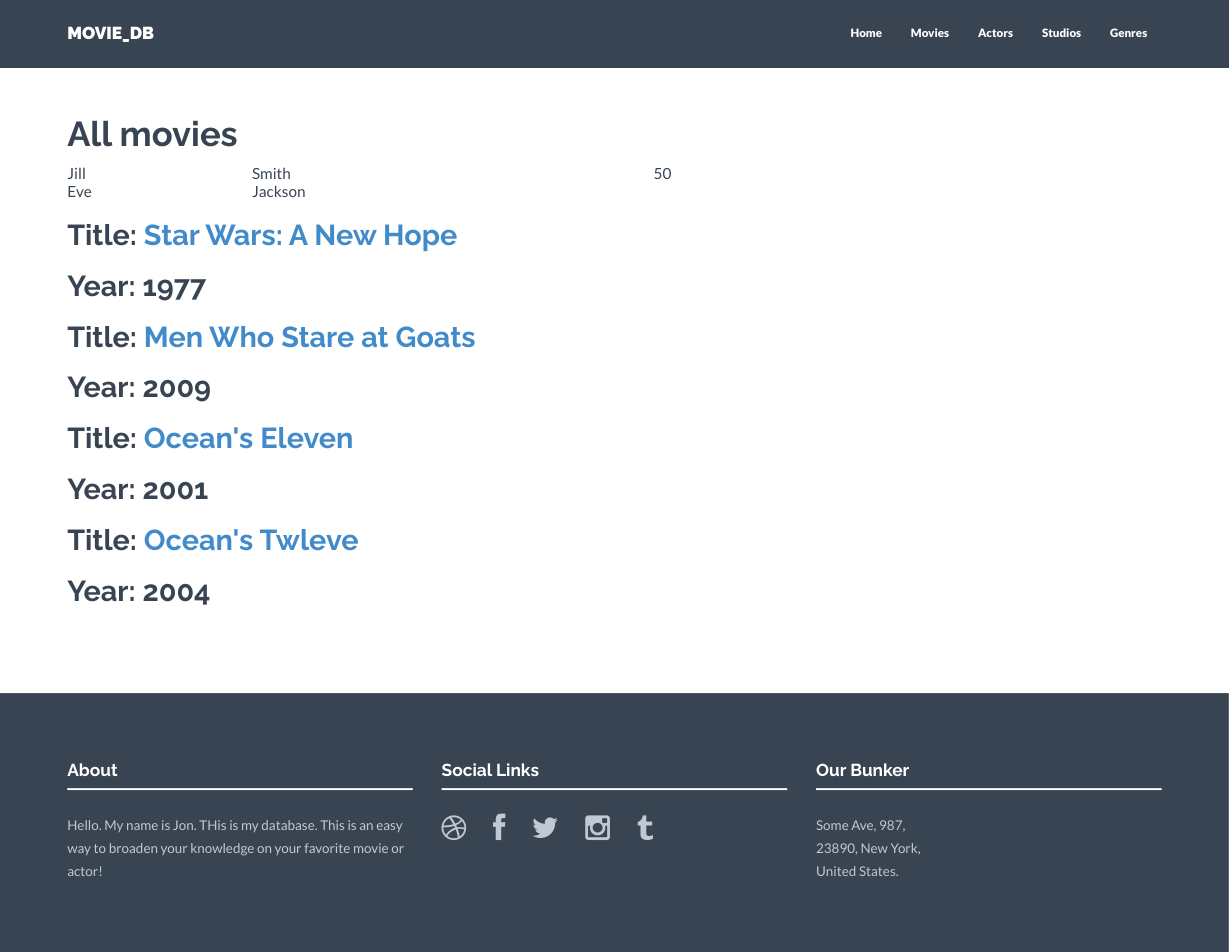
Repository: jonak91/Buzzerd-index
Page: http://localhost/movies.php
The author's editor kept a record of every edit. The page is drawn from the files as they stood at one moment, then again after the next edit.
The browser window is 1280 px wide. The pictures show the whole page, at 96% of full size.
Some web libraries are served in a nearby version. The page is run by PHP 8.4 with error messages shown; the project is at /var/www/html/. The database holds what the project's SQL file puts in it.

Above is the page before.
Not found: assets/js/modernizr.js

### movies.php
<?php require_once( 'incl/functions.php' ); ?>
<?php require_once( 'incl/header.php' ); ?>

 <div class="container mtb">
	 	<div class="row">

	 		<! -- MAIN CONTENAT AREA -->
	 		<div class="col-lg-8">
	 			<h1>All movies</h1>
	 			<table style="width:100%">
  					<tr>
   					 <td>Jill</td>
   					 <td>Smith</td>
   					 <td>50</td>
  					</tr>
  					<tr>
   				 <td>Eve</td>
   				 <td>Jackson</td>
  					</tr>
					</table>
	 			<?php
		 		$movies = get_movies();
		 		foreach ($movies as $movie) {
		 		?>
		 		<h2>Title: <a href="movie.php?mID=<?php echo $movie['mID']; ?>"><?php echo $movie['title']; ?></a></h2>
		 		<h2>Year: <?php echo $movie['year_released']; ?></h2>
		 		<?php } ?>

</div><! --/ MAIN CONTENT AREA -->

	 </div><! --/row -->
	 </div><! --/container -->

<?php require_once( 'incl/footer.php' ); ?>

### incl/functions.php
<?php
require_once('database.php');

$host= '127.0.0.1';
$u= 'jonak91';
$p = '';
$d= 'movies';

global $db;
$db= new Database($d, $u, $p, $host);

function get_movies(){
	$db = $GLOBALS['db'];
	$results = $db->query("SELECT * FROM movies"); //updated
	return $db->resToArray($results);
}

function get_actors(){
	$db= $GLOBALS['db'];
	$results = $db->query("SELECT * FROM actors ORDER BY 'first_name'"); //updated
	return $db->resToArray($results);
}

function get_studios(){
	$db= $GLOBALS['db'];
	$results = $db->query("SELECT * FROM studio"); //updated
	return $db->resToArray($results);
}

function get_genres(){
	$db= $GLOBALS['db'];
	$results = $db->query("SELECT * FROM genre"); //updated
	return $db->resToArray($results);
}

function get_movie($mID){
	$db= $GLOBALS['db'];
	$query= "SELECT * FROM movies WHERE mID = '$mID'"; //updated
	return $db->get_row($query);
}

function get_actor($aID){
	$db= $GLOBALS['db'];
	$query= "SELECT * FROM actors WHERE aID = '$aID'"; //updated
	return $db->get_row($query);
}

function get_studio($sID){
	$db= $GLOBALS['db'];
	$query= "SELECT * FROM studio WHERE sID = '$sID'"; //updated
	return $db->get_row($query);
}

function get_genre($gID){
	$db= $GLOBALS['db'];
	$query= "SELECT * FROM genre WHERE gID = '$gID'"; //updated
	return $db->get_row($query);
}

function get_moviesfromstudio($id){  //works
	$db= $GLOBALS['db'];
	$results= $db->query("SELECT * FROM movies JOIN studio ON movies.studioID = studio.sID WHERE studio.sID = '$id'");
	return $db->resToArray($results);
}

function get_genresfrommovies($id){
	$db= $GLOBALS['db'];
	$results= $db->query("SELECT * FROM genre JOIN movie_genres ON genre.gID = movie_genres.genreID JOIN movies ON movie_genres.movieID = movies.mID WHERE movies.mID = '$id'");
	return $db->resToArray($results);
}

function get_moviesfromactor($id){ //works
	$db= $GLOBALS['db'];
	$results= $db->query("SELECT * FROM movies JOIN movie_actors ON movies.mID = movie_actors.movieID JOIN actors ON movie_actors.actorID = actors.aID WHERE actors.aID = '$id'");
	return $db->resToArray($results);
}

function get_moviesfromgenre($id){ //works
	$db= $GLOBALS['db'];
	$results= $db->query("SELECT * FROM movies JOIN movie_genres ON movies.mID = movie_genres.movieID JOIN genre ON movie_genres.genreID = genre.gID WHERE genre.gID = '$id'");
	return $db->resToArray($results);
}

function get_actorsfrommovies($id){  //works
	$db= $GLOBALS['db'];
	$results= $db->query("SELECT * FROM actors JOIN movie_actors ON actors.aID = movie_actors.actorID JOIN movies ON movie_actors.movieID = movies.mID WHERE movies.mID = '$id'");
	return $db->resToArray($results);
}

function add_movie($info){		//works
	$db= $GLOBALS['db'];
	extract($info);
	$submitted= $db->query("INSERT INTO movies VALUES('', '$title', '$year_released', '$synopsis', '$was_novel', '$studioID', CURRENT_TIMESTAMP)");

	if($submitted){
		print "<h3>$title submitted!</h3>";
	}
}

function add_actor($info){		//works
	$db= $GLOBALS['db'];
	extract($info);
	$submitted= $db->query("INSERT INTO actors VALUES('', '$first_name', '$last_name', '$bio', '$dob', '$won_oscar', CURRENT_TIMESTAMP)");

	if($submitted){
		print "<h3>$first_name $last_name submitted!</h3>";
	}
}

function add_genre($info){		//works
	$db= $GLOBALS['db'];
	extract($info);
	$submitted= $db->query("INSERT INTO genre VALUES('', '$name', CURRENT_TIMESTAMP)");

	if($submitted){
		print "<h3>$name submitted!</h3>";
	}
}

function add_studio($info){		//works
	$db= $GLOBALS['db'];
	extract($info);
	$submitted= $db->query("INSERT INTO studio VALUES('', '$name', '$city', '$state', '$zip', CURRENT_TIMESTAMP)");

	if($submitted){
		print "<h3>$name submitted!</h3>";
	}
}

function assign_atm($info){		//works
	$db= $GLOBALS['db'];
	extract($info);
	$submitted= $db->query("INSERT INTO movie_actors VALUES('', '$movie', '$actor', CURRENT_TIMESTAMP)");

	if($submitted){
		print "<h3>assigned</h3>";
	}
}

function assign_gtm($info){		//works
	$db= $GLOBALS['db'];
	extract($info);
	$submitted= $db->query("INSERT INTO movie_genres VALUES('', '$movie', '$genre', CURRENT_TIMESTAMP)");

	if($submitted){
		print "<h3>assigned</h3>";
	}
}


?>
>

### incl/database.php
<?php
class Database{
        var $dbName;
        var $user;
        var $password;
        var $host;
        var $lastID;
        var $dbConn;

        //constructor
        function __construct($db, $u, $p, $h){
                $this->dbName= $db;
                $this->user= $u;
                $this->password= $p;
                $this->host= $h;

                //metadata to get entire table list?
        }

        //any query
        function query($query){
                        $this->dbConn= new mysqli($this->host, $this->user, $this->password, $this->dbName);
                        if($this->dbConn->connect_errno > 0){
                                die('Unable to connect to database [' . $dbh->connect_error . ']');
                        }

                        $result= $this->dbConn->query($query) or die('There was an error running the query [' . $this->dbConn->error . ']');
                        $this->lastID= $this->dbConn->insert_id;
                        $this->dbConn->close();

                        return $result;
        }

        function resToArray($res){
                $data= array();
                while($info= mysqli_fetch_assoc($res)){
                        $data[]= $info;
                }

                return $data;
        }

        function get_column($query){

                $res= $this->query($query);

                $data= array();

                while($info= mysqli_fetch_assoc($res)){
                        $key= array_keys($info);
                        $key= $key[0];
                        $data[]= $info[$key];
                }

                return $data;
        }

        function get_row($query){
                $res= $this->query($query);
                $res= $this->resToArray($res);

            return ($res == false) ? $res : $res[0];
        }

        function get_var($query){
                $res= $this->query($query);

                $info= mysqli_fetch_array($res);

                return $info[0];
        }


        function get_mysql_timestamp(){
                return date('Y-m-d H:i:s', time());
        }

        function print_array( $a ) {
        ?>
          <pre>
          <?php var_dump( $a ); ?>
          </pre>
        <?php
        }


        function clean_array($info){
                foreach($info as $key => $val){
                        $info["$key"]= $this->clean($val);
                }

                return $info;
        }


        function clean($a){
                $this->dbConn= new mysqli($this->host, $this->user, $this->password, $this->dbName);
                $a= $this->dbConn->real_escape_string($a);
                $this->dbConn->close();

                return $a;
        }

}


?>

### incl/header.php
<!DOCTYPE html>
<html lang="en">
  <head>
    <meta charset="utf-8">
    <meta http-equiv="X-UA-Compatible" content="IE=edge">
    <meta name="viewport" content="width=device-width, initial-scale=1">
    <meta name="description" content="">
    <meta name="author" content="">
    <link rel="shortcut icon" href="assets/ico/favicon.ico">

    <title>SOLID - Bootstrap 3 Theme</title>

    <!-- Bootstrap core CSS -->
    <link href="assets/css/bootstrap.css" rel="stylesheet">

    <!-- Custom styles for this template -->
    <link href="assets/css/style.css" rel="stylesheet">
    <link href="assets/css/font-awesome.min.css" rel="stylesheet">


    <!-- Just for debugging purposes. Don't actually copy this line! -->
    <!--[if lt IE 9]><script src="../../assets/js/ie8-responsive-file-warning.js"></script><![endif]-->

    <!-- HTML5 shim and Respond.js IE8 support of HTML5 elements and media queries -->
    <!--[if lt IE 9]>
      <script src="https://oss.maxcdn.com/libs/html5shiv/3.7.0/html5shiv.js"></script>
      <script src="https://oss.maxcdn.com/libs/respond.js/1.4.2/respond.min.js"></script>
    <![endif]-->

    <script src="assets/js/modernizr.js"></script>
  </head>

  <body>

    <!-- Fixed navbar -->
    <div class="navbar navbar-default navbar-fixed-top" role="navigation">
      <div class="container">
        <div class="navbar-header">
          <button type="button" class="navbar-toggle" data-toggle="collapse" data-target=".navbar-collapse">
            <span class="sr-only">Toggle navigation</span>
            <span class="icon-bar"></span>
            <span class="icon-bar"></span>
            <span class="icon-bar"></span>
          </button>
          <a class="navbar-brand" href="index.php">MOVIE_DB</a>
        </div>
        <div class="navbar-collapse collapse navbar-right">
          <ul class="nav navbar-nav">
            <li><a href="index.php">Home</a></li>
            <li><a href="movies.php">Movies</a></li>
            <li><a href="actors.php">Actors</a></li>
            <li><a href="studios.php">Studios</a></li>
            <li><a href="genres.php">Genres</a></li>
          </ul>
        </div><!--/.nav-collapse -->
      </div>
    </div>

### incl/footer.php


	<!-- *****************************************************************************************************************
	 FOOTER
	 ***************************************************************************************************************** -->
	 <div id="footerwrap">
	 	<div class="container">
		 	<div class="row">
		 		<div class="col-lg-4">
		 			<h4>About</h4>
		 			<div class="hline-w"></div>
		 			<p>Hello. My name is Jon. THis is my database. This is an easy way to broaden your knowledge on your favorite movie or actor!</p>
		 		</div>
		 		<div class="col-lg-4">
		 			<h4>Social Links</h4>
		 			<div class="hline-w"></div>
		 			<p>
		 				<a href="#"><i class="fa fa-dribbble"></i></a>
		 				<a href="#"><i class="fa fa-facebook"></i></a>
		 				<a href="#"><i class="fa fa-twitter"></i></a>
		 				<a href="#"><i class="fa fa-instagram"></i></a>
		 				<a href="#"><i class="fa fa-tumblr"></i></a>
		 			</p>
		 		</div>
		 		<div class="col-lg-4">
		 			<h4>Our Bunker</h4>
		 			<div class="hline-w"></div>
		 			<p>
		 				Some Ave, 987,<br/>
		 				23890, New York,<br/>
		 				United States.<br/>
		 			</p>
		 		</div>

		 	</div><! --/row -->
	 	</div><! --/container -->
	 </div><! --/footerwrap -->

    <!-- Bootstrap core JavaScript
    ================================================== -->
    <!-- Placed at the end of the document so the pages load faster -->
    <script src="https://ajax.googleapis.com/ajax/libs/jquery/1.11.0/jquery.min.js"></script>
    <script src="assets/js/bootstrap.min.js"></script>
	<script src="assets/js/retina-1.1.0.js"></script>
	<script src="assets/js/jquery.hoverdir.js"></script>
	<script src="assets/js/jquery.hoverex.min.js"></script>
	<script src="assets/js/jquery.prettyPhoto.js"></script>
  	<script src="assets/js/jquery.isotope.min.js"></script>
  	<script src="assets/js/custom.js"></script>


  </body>
</html>

### assets/css/style.css
/*	################################################################

	Author: Carlos Alvarez
	URL: http://alvarez.is

	Project Name: SOLID - Bootstrap 3 Theme
	Version: 1.0
	URL: http://alvarez.is

################################################################# */
@import url(http://fonts.googleapis.com/css?family=Raleway:400,700,900);
@import url(http://fonts.googleapis.com/css?family=Lato:400,900);
@import url("prettyPhoto.css") screen;
@import url("hoverex-all.css") screen;

/*	################################################################
	1. GENERAL STRUCTURES
################################################################# */
	* {
		margin: 0;
		padding: 0px;
	}

body {
	background: #ffffff;
	margin: 0;
	height: 100%;
	color: #384452;
	font-family: 'Lato', sans-serif;
	font-weight: 400;
	}

h1, h2, h3, h4, h5, h6 {
	font-family: 'Raleway', sans-serif;
	font-weight: 700;
}

p {
	padding: 0;
	margin-bottom: 12px;
	font-family: 'Lato', sans-serif;
	font-weight: 400;
	font-size: 14px;
	line-height: 24px;
	color: #384452;
	margin-top: 10px;
}

img {
	height: auto;
	max-width: 100%;
}

a {
	padding: 0;
	margin: 0;
	text-decoration: none;
	-webkit-transition: background-color .4s linear, color .4s linear;
	-moz-transition: background-color .4s linear, color .4s linear;
	-o-transition: background-color .4s linear, color .4s linear;
	-ms-transition: background-color .4s linear, color .4s linear;
	transition: background-color .4s linear, color .4s linear;
}
a:hover,
a:focus {
  text-decoration: none;
  color:#01b2fe;
}

::-moz-selection  {
	color: #fff;
	text-shadow:none;
	background:#2B2E31;
}
::selection {
	color: #fff;
	text-shadow:none;
	background:#2B2E31;
}

.centered {
	text-align: center
}

/*	################################################################
	BOOTSTRAP MODIFICATIONS & TWEAKS
################################################################# */
.navbar {
	min-height: 70px;
	padding-top: 10px;
	margin-bottom: 0px;
}

.navbar-brand {
	font-family: 'Raleway', sans-serif;
	font-weight: 900;
}

.navbar-header .navbar-brand {
	color: white;
}

.navbar-default .navbar-nav > li > a {
	color: white;
	font-weight: 700;
	font-size: 12px;
}

.navbar-default .navbar-nav > li > a:hover {
	color: #00b3fe;
}

.navbar-default .navbar-nav > .active > a, .navbar-default .navbar-nav > .active > a:hover, .navbar-default .navbar-nav > .active > a:focus {
	color: #00b3fe;
	background-color: transparent;
}

.navbar-default {
	background-color: #384452;
	border-color: transparent;
}

.dropdown-menu {
	background: #384452;
}

.dropdown-menu > li > a {
	color: white;
	font-weight: 700;
	font-size: 12px;
}

.btn-theme {
  color: #fff;
  background-color: #384452;
  border-color: #384452;
  margin: 4px;
}
.btn-theme:hover,
.btn-theme:focus,
.btn-theme:active,
.btn-theme.active,
.open .dropdown-toggle.btn-theme {
  color: #fff;
  background-color: #00b3fe;
  border-color: #00b3fe;
}

.dmbutton:hover,
.dmbutton:active,
.dmbutton:focus{
	color: #ffffff;
	background-color: #222222;
	border-color: #ffffff;
}
.dmbutton {
	background:rgba(0, 0, 0, 0);
	border: 1px solid #ffffff;
	color: #ffffff;
	-webkit-border-radius: 2px;
	border-radius: 2px;
	padding-top: 1.025rem;
	padding-right: 2.25rem;
	letter-spacing:0.85px;
	padding-bottom: 1.0875rem;
	padding-left: 2.25rem;
	font-size: 1.55rem;
	cursor: pointer;
	font-weight: normal;
	line-height: normal;
	margin: 0 0 1.25rem;
	text-decoration: none;
	text-align: center;
	display: inline-block;
	-webkit-transition: background-color 300ms ease-out;
	-moz-transition: background-color 300ms ease-out;
	transition: background-color 300ms ease-out;
	-webkit-appearance: none;
	font-weight: normal !important;
}

.mtb {
	margin-top: 80px;
	margin-bottom: 80px;
}

.mb {
	margin-bottom: 60px;
}

.mt {
	margin-top: 60px;
}

.hline {
	border-bottom: 2px solid #384452;
}

.hline-w {
	border-bottom: 2px solid #ffffff;
	margin-bottom: 25px;
}
/*	################################################################
	SITE WRAPS
################################################################# */

#headerwrap {
	background-color: #00b3fe;
	min-height: 550px;
	padding-top: 100px;
	padding-bottom: 0px;
	text-align: center;
}

#headerwrap h3, h5 {
	color: white;
	font-weight: 400;
}

#headerwrap h1 {
	color: white;
	margin-bottom: 25px;
}

#headerwrap .img-responsive {
	margin: 0 auto;
}

/* Services Wrap */
#service {
	margin-top: 100px;
	margin-bottom: 80px;
}

#service i {
	color: #00b3fe;
	font-size: 60px;
	padding: 15px;
}

/* Portfolio Wrap */
#portfoliowrap {
	padding-top: 60px;
	margin-bottom: 60px;
	display: block;
	text-align: center
}

#portfoliowrap h3 {
	margin-bottom: 25px;
}

.portfolio {
	padding:0 !important;
	margin:0 !important;
	display:block;
}


.portfolio-item .title:before {border-radius:0; display:none}
.portfolio-item p {margin:0px 0 30px;}
.portfolio-item h3 {margin:-10px 0 10px; font-size:16px; text-transform:uppercase;}


.tpl6 h3
{
	color:#fff;
	margin:0;
	padding:40px 5px 0;
	font-size:16px;
	text-transform:uppercase;
}
.tpl6 .dmbutton
{
	display:inline-block;
	margin:30px 5px 20px 5px;
	font-size:13px;
}

.tpl6 .bg
{
	height:100%;
	width:100%;
	background-color:#00b3fe;
	background-color:rgba(0,179,254,.9);
	text-align:center;
}

/* Testimonials Wrap */
#twrap {
	background: url(../img/t-back.jpg) no-repeat center top;
	margin-top: 0px;
	padding-top:60px;
	text-align:center;
	background-attachment: relative;
	background-position: center center;
	min-height: 450px;
	width: 100%;

    -webkit-background-size: 100%;
    -moz-background-size: 100%;
    -o-background-size: 100%;
    background-size: 100%;

    -webkit-background-size: cover;
    -moz-background-size: cover;
    -o-background-size: cover;
    background-size: cover;
}

#twrap i {
	font-size: 50px;
	color: white;
	margin-bottom: 25px;
}

#twrap p {
	color: white;
	font-size: 15px;
	line-height: 30px;
}

/* clients logo */
#cwrap {
	background: #f7f7f7;
	margin-top: 0px;
	padding-top: 80px;
	padding-bottom: 100px;
}

#cwrap h3 {
	margin-bottom: 60px;
}

/* Footer */
#footerwrap {
	padding-top: 60px;
	padding-bottom: 60px;
	background: #384452;
}

#footerwrap p {
	color: #bfc9d3;
}

#footerwrap h4 {
	color: white;
}

#footerwrap i {
	font-size: 30px;
	color: #bfc9d3;
	padding-right: 25px;
}

#footerwrap i:hover {
	color: #00b3fe
}

/*	################################################################
	PAGE CONFIGURATIONS
################################################################# */
/* General Tweaks */

#blue {
	background: #00b3fe;
	margin-top: 60px;
	margin-bottom: 60px;
	padding-top: 25px;
	padding-bottom: 25px;
}

#blue h3 {
	color: white;
	margin-left: 15px;
}

.ctitle {
	color: #00b3fe;
	font-weight: 700;
	margin-bottom: 15px;
}

csmall {
	font-size: 12px;
	color: #b3b3b3;
}
csmall2 {
	font-size: 12px;
	color: #f39c12
}

.spacing {
	margin-top: 40px;
	margin-bottom: 40px;
}

.badge-theme {
	background: #00b3fe;
}

/* Contact Page */
#contactwrap {
	background: url(../img/contact.jpg) no-repeat center top;
	margin-top: -60px;
	padding-top:0px;
	text-align:center;
	background-attachment: relative;
	background-position: center center;
	min-height: 400px;
	width: 100%;

    -webkit-background-size: 100%;
    -moz-background-size: 100%;
    -o-background-size: 100%;
    background-size: 100%;

    -webkit-background-size: cover;
    -moz-background-size: cover;
    -o-background-size: cover;
    background-size: cover;
}

/* Blog Page */
.popular-posts {
	margin: 0px;
	padding-left: 0px;
	}

.popular-posts li {
	list-style: none;
	margin-bottom: 20px;
	min-height: 70px;
}
.popular-posts li a,
.popular-posts li a:hover {
	color:#2f2f2f;
	text-decoration: none;
	}

.popular-posts li img {
	float: left;
	margin-right: 20px;
	}

.popular-posts li em {
	font-family: 'Lato', sans-serif;
	font-size: 12px;
	color: #b3b3b3
	}

.popular-posts p {
	line-height: normal;
	margin-bottom: auto;
}

.share i {
	padding-right: 15px;
	font-size: 18px;
}

### job.sql (the tables this page reads)
CREATE TABLE IF NOT EXISTS `movies` (
`mID` mediumint(9) NOT NULL,
  `title` varchar(50) NOT NULL,
  `year_released` year(4) NOT NULL,
  `synopsis` longtext NOT NULL,
  `was_novel` tinyint(4) NOT NULL,
  `studioID` mediumint(9) NOT NULL,
  `timestamp` timestamp NOT NULL DEFAULT CURRENT_TIMESTAMP ON UPDATE CURRENT_TIMESTAMP
) ENGINE=InnoDB AUTO_INCREMENT=5 DEFAULT CHARSET=latin1;

INSERT INTO `movies` (`mID`, `title`, `year_released`, `synopsis`, `was_novel`, `studioID`, `timestamp`) VALUES
(1, 'Star Wars: A New Hope', 1977, 'Hokey religions and ancient weapons are no match for a good blaster at your side, kid. You''re all clear, kid. Let''s blow this thing and go home! I suggest you try it again, Luke. This time, let go your conscious self and act on instinct.', 0, 1, '2014-11-21 13:13:25'),
(2, 'Men Who Stare at Goats', 2009, 'Did you dress her up like this? Who''s that then? I''m not a witch. But you are dressed as oneâ€¦ Well, how''d you become king, then?', 1, 2, '2014-11-21 13:13:25'),
(3, 'Ocean''s Eleven', 2001, 'Ut enim ad minim veniam, quis nostrud exercitation ullamco. Sed ut perspiciatis unde omnis iste natus error sit voluptatem. Cupiditate non provident, similique sunt in culpa qui officia deserunt mollitia. Ut enim ad minima veniam, quis nostrum exercitationem ullam corporis suscipit laboriosam.', 0, 3, '2014-11-21 13:21:49'),
(4, 'Ocean''s Twleve', 2004, 'Eaque ipsa quae ab illo inventore veritatis et quasi. Architecto beatae vitae dicta sunt explicabo. Et iusto odio dignissimos ducimus qui blanditiis praesentium voluptatum deleniti atque. Cupiditate non provident, similique sunt in culpa qui officia deserunt mollitia. Fugiat quo voluptas nulla pariatur? Nihil molestiae consequatur, vel illum qui dolorem eum.', 0, 3, '2014-11-21 13:21:49');

ALTER TABLE `movies`
 ADD PRIMARY KEY (`mID`);

ALTER TABLE `movies`
MODIFY `mID` mediumint(9) NOT NULL AUTO_INCREMENT,AUTO_INCREMENT=5;

Loaded but not shown: assets/css/bootstrap.css (library); assets/css/font-awesome.min.css (library); assets/js/bootstrap.min.js (library); assets/js/jquery.hoverdir.js (library); assets/js/jquery.hoverex.min.js (library); assets/js/jquery.prettyPhoto.js (library); assets/js/jquery.isotope.min.js (library); assets/js/custom.js (common file); assets/js/retina-1.1.0.js (151 lines, source omitted); assets/css/hoverex-all.css (2838 lines, source omitted); assets/css/prettyPhoto.css (170 lines, source omitted)

After the next edit:
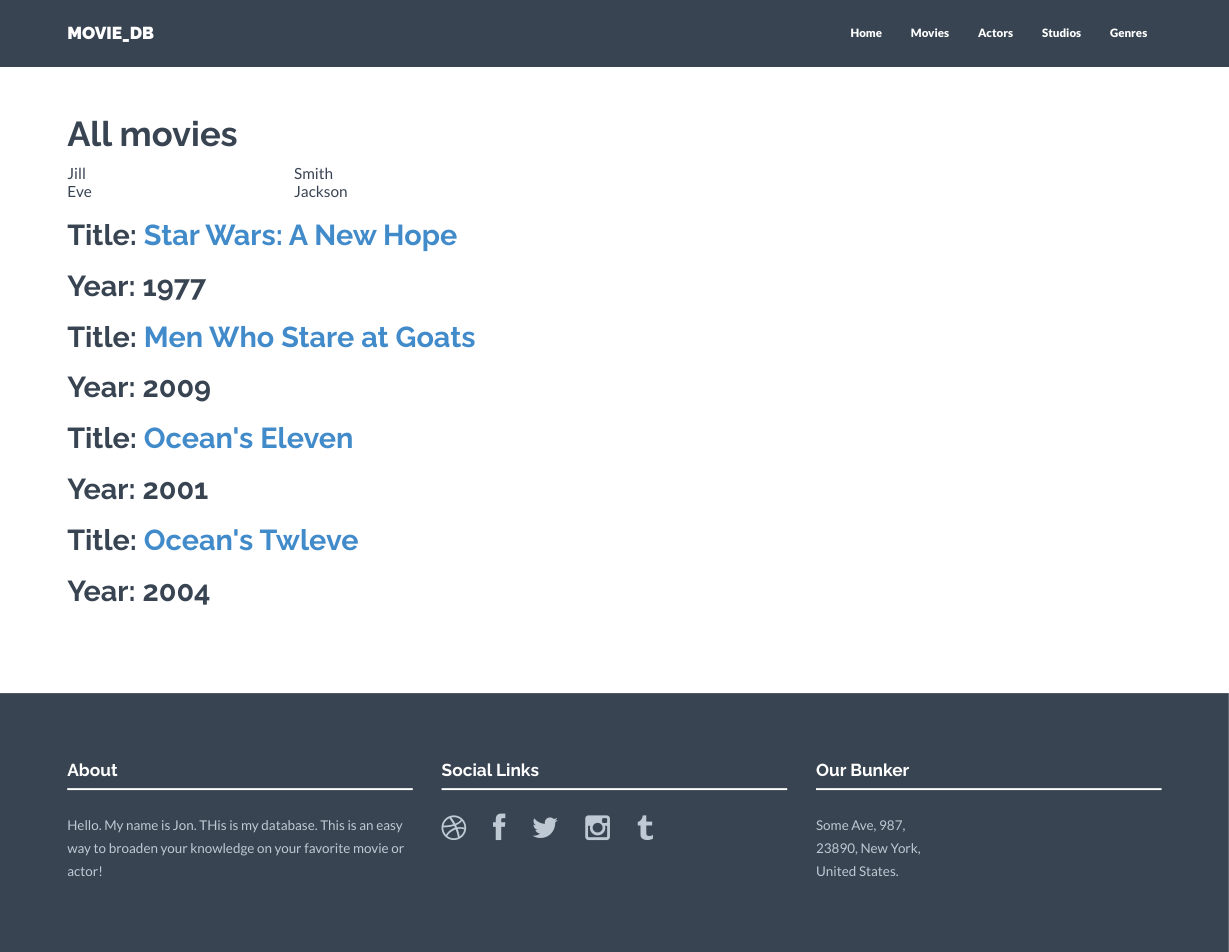
The edit:
--- a/movies.php
+++ b/movies.php
@@ -11,7 +11,6 @@
   					<tr>
    					 <td>Jill</td>
    					 <td>Smith</td>
-   					 <td>50</td>
   					</tr>
   					<tr>
    				 <td>Eve</td>
